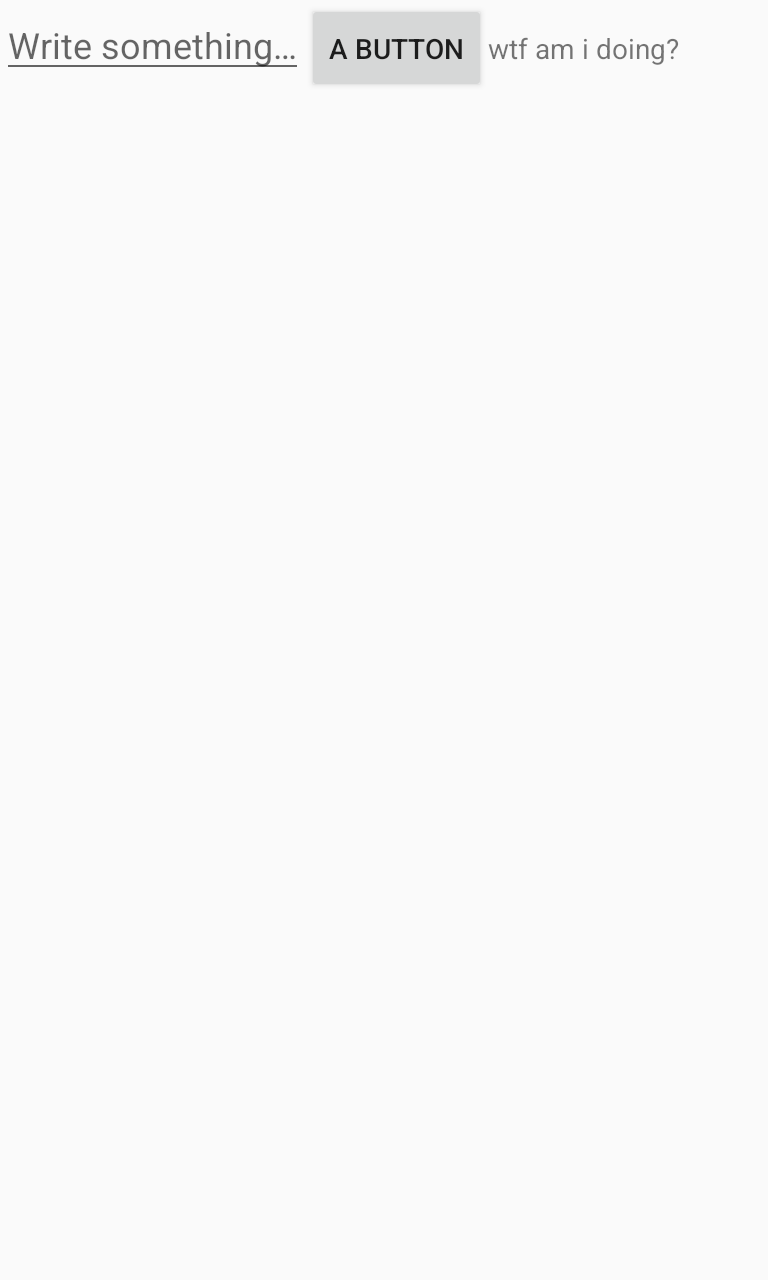
Repository: SVasilev/TimeWaste
Layout: TimeWaste/res/layout/activity_time_waste.xml
The author's editor kept a copy of each file at every save. The layout is drawn from the files as they stood at one save, then again after the next save.
It is drawn on a 768 x 1280 px phone screen (xhdpi) without system bars, with theme AppTheme; the app's code is not run.

Above is the layout before, as saved 2014-07-18 23:19:12.

### TimeWaste/res/layout/activity_time_waste.xml
<LinearLayout xmlns:android="http://schemas.android.com/apk/res/android"
    xmlns:tools="http://schemas.android.com/tools"
    android:layout_width="match_parent"
    android:layout_height="match_parent"
    android:orientation="horizontal" >

    <EditText android:id="@+id/std_message"
        android:layout_width="wrap_content"
        android:layout_height="wrap_content"
        android:hint="@string/std_message" />

    <Button
        android:id="@+id/button"
        android:layout_width="wrap_content"
        android:layout_height="wrap_content"
        android:text="a Button" />

    <TextView
        android:id="@+id/text"
	    android:layout_width="wrap_content"
	    android:layout_height="wrap_content"
	    android:text="@string/edit_text_text" />

</LinearLayout>

### TimeWaste/res/values/strings.xml
<?xml version="1.0" encoding="utf-8"?>
<resources>

    <string name="app_name">TimeWaste</string>
    <string name="edit_message">Write something.</string>
    <string name="std_message">Write something&#8230; </string>
    <string name="edit_text_text">wtf am i doing? </string>
    <string name="action_settings">Settings</string>

</resources>

Loaded but not shown: TimeWaste/res/values/styles.xml (common file); TimeWaste/res/values-v11/styles.xml (common file); TimeWaste/res/values-v14/styles.xml (common file)

After the next save:
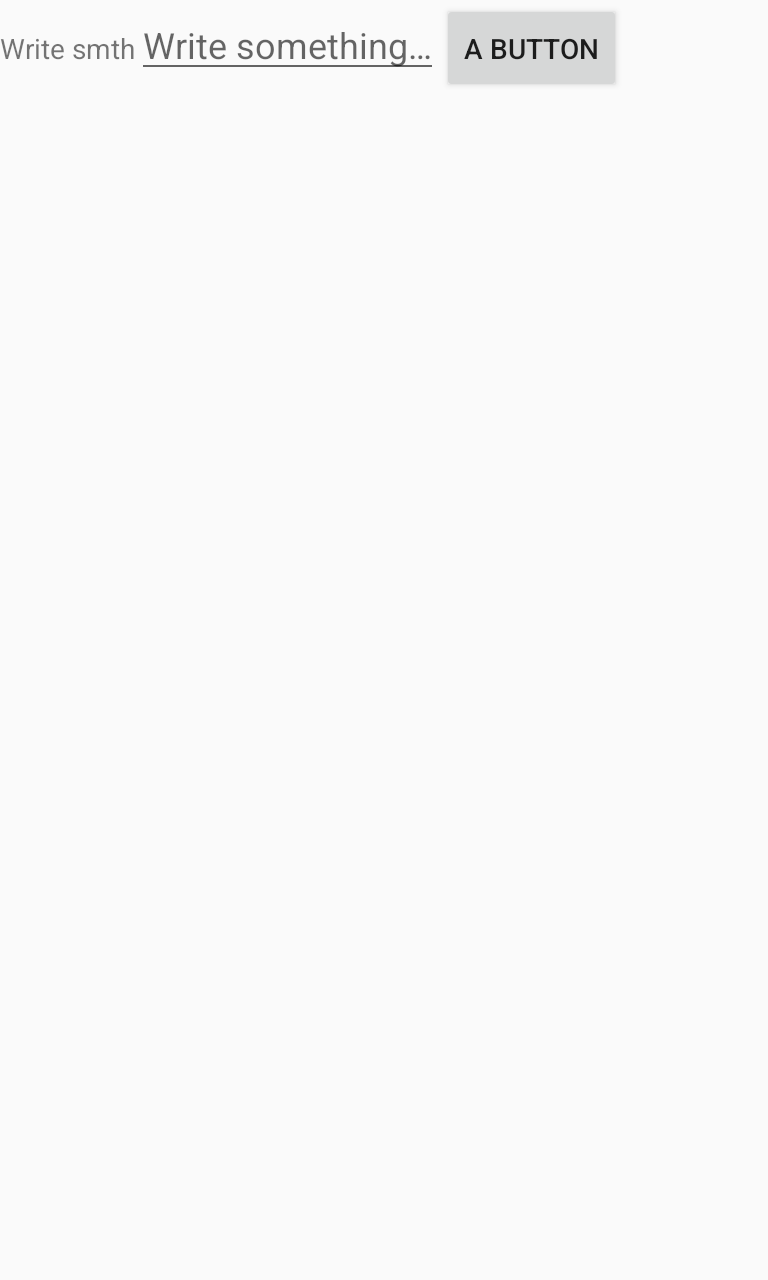
Saved 34 s later.
--- a/TimeWaste/res/layout/activity_time_waste.xml
+++ b/TimeWaste/res/layout/activity_time_waste.xml
@@ -3,6 +3,12 @@
     android:layout_width="match_parent"
     android:layout_height="match_parent"
     android:orientation="horizontal" >
+
+    <TextView
+        android:id="@+id/text"
+	    android:layout_width="wrap_content"
+	    android:layout_height="wrap_content"
+	    android:text="Write smth" />
 
     <EditText android:id="@+id/std_message"
         android:layout_width="wrap_content"
@@ -15,10 +21,5 @@
         android:layout_height="wrap_content"
         android:text="a Button" />
 
-    <TextView
-        android:id="@+id/text"
-	    android:layout_width="wrap_content"
-	    android:layout_height="wrap_content"
-	    android:text="@string/edit_text_text" />
 
 </LinearLayout>
